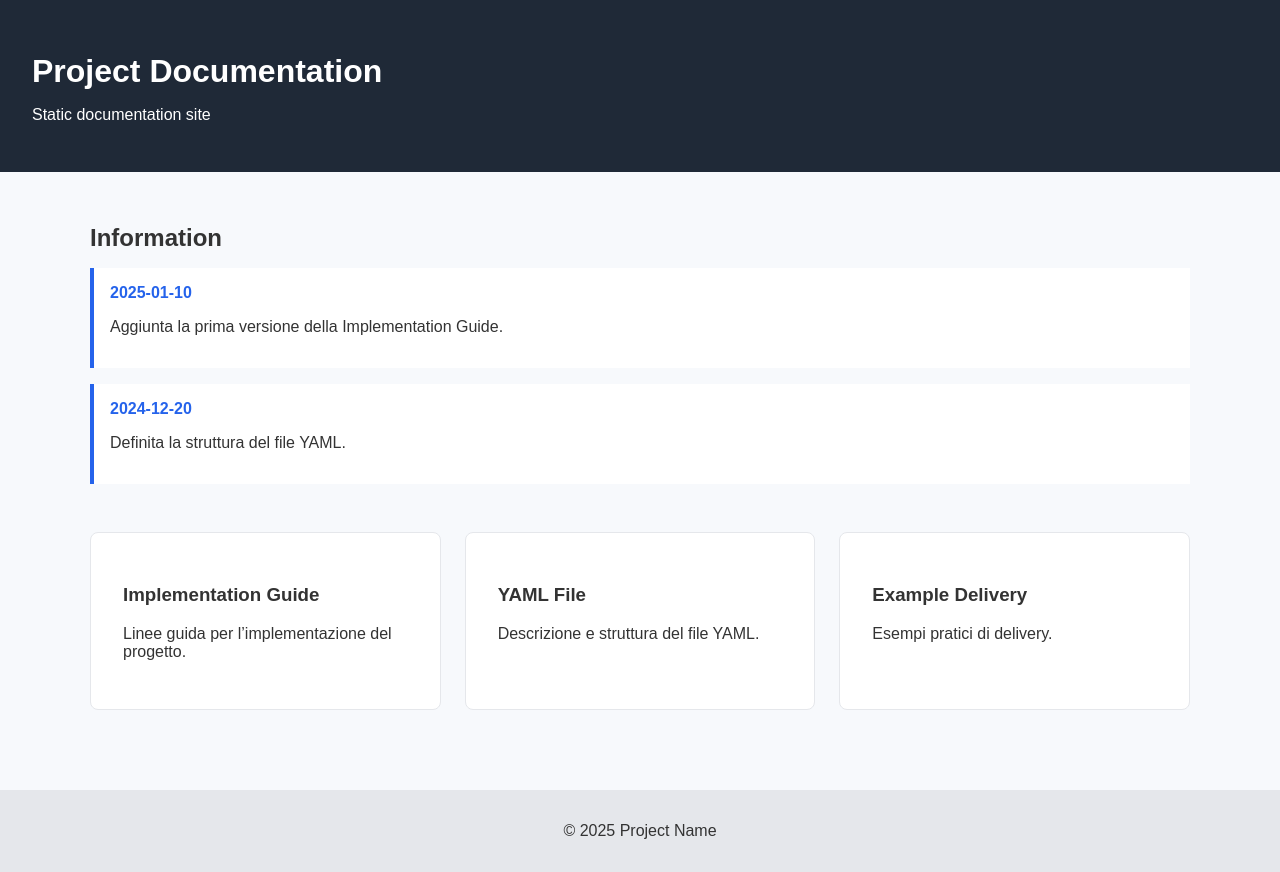
Repository: bfspoku/ech-0252-docs
Page: index.html
An editor plug-in stored every save of this project. The page is shown before and after the next save, followed by the edit.
The browser window is 1280 px wide. The pictures show the whole page.

Above is the page before, as saved 2025-12-16 14:58:02.

After the next save:
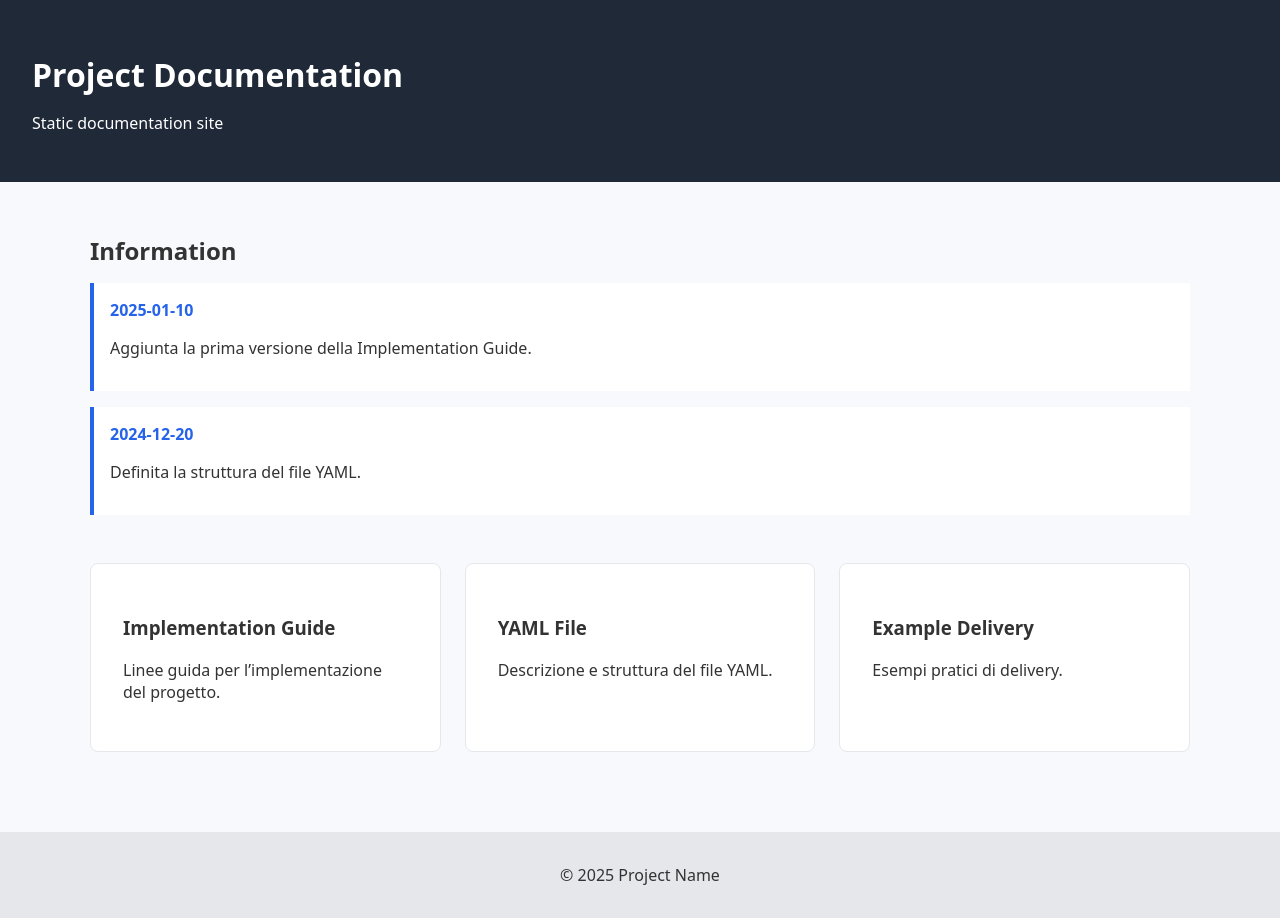
Saved 33 s later.
--- a/css/style.css
+++ b/css/style.css
@@ -1,5 +1,7 @@
 body {
-    font-family: Arial, sans-serif;
+    font-family: 'Noto Sans', system-ui, -apple-system, BlinkMacSystemFont,
+    'Segoe UI', Roboto, Ubuntu, Cantarell, 'Helvetica Neue',
+    Arial, sans-serif;
     margin: 0;
     background: #f7f9fc;
     color: #333;
